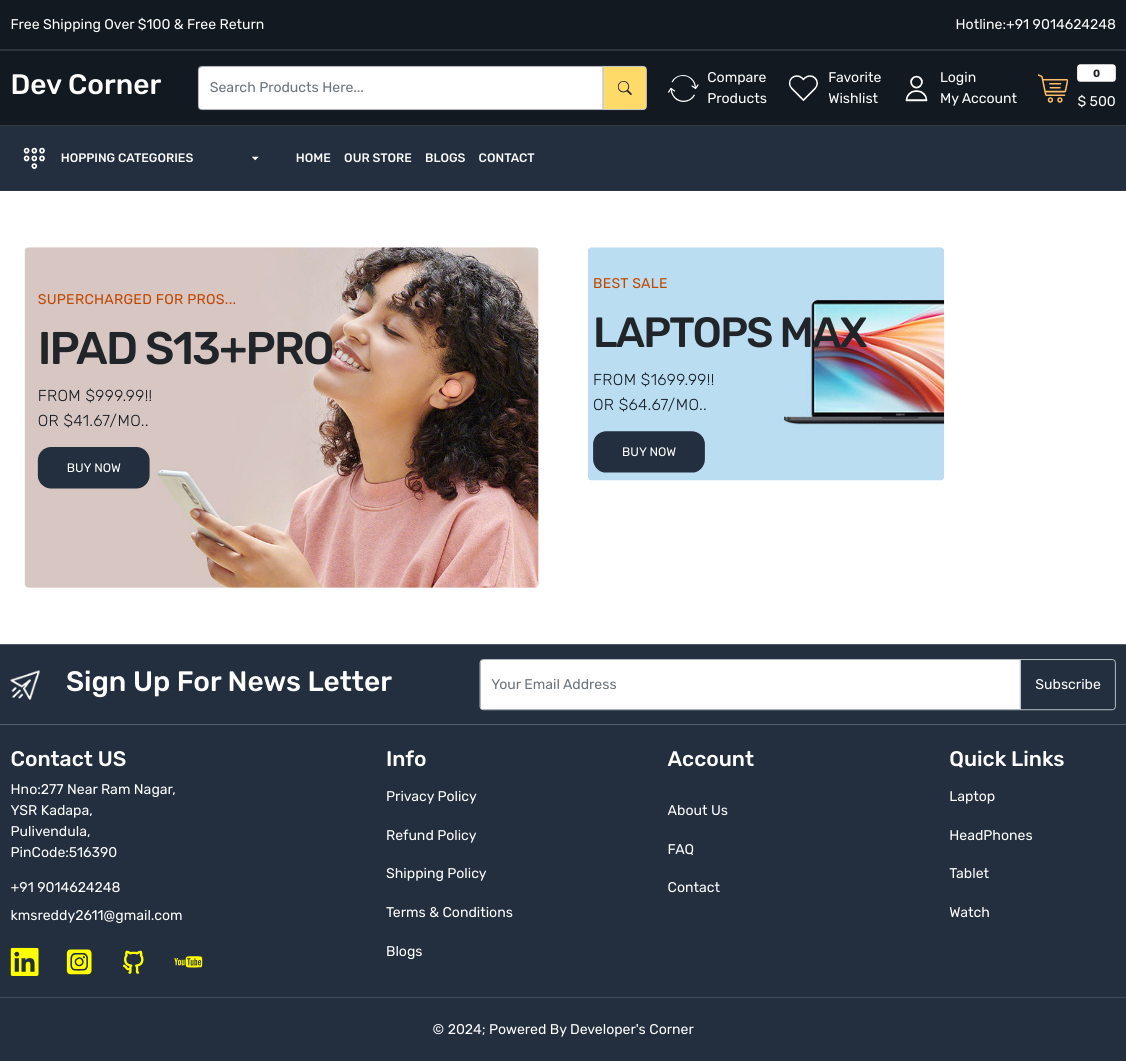
Repository: maniheist/ecommerce-app
Page: /
These files come from the project's save history. The page is drawn as it stood at one moment and after the next save; the edit follows.
The browser window is 1280 px wide. The pictures show the whole page, at 88% of full size.
The project was rebuilt for these pictures with package versions that can differ from the ones it lists, and the page was loaded fresh each time. Also part of the build but not shown: src/pages/About.js, src/pages/Contact.js.

Above is the page before, as saved 2024-02-18 18:44:07.

### public/index.html
<!DOCTYPE html>
<html lang="en">
  <head>
    <meta charset="utf-8" />
    <link rel="icon" href="%PUBLIC_URL%/favicon.ico" />
    <meta name="viewport" content="width=device-width, initial-scale=1" />
    <meta name="theme-color" content="#000000" />
    <meta
      name="description"
      content="Web site created using create-react-app"
    />
    <link rel="apple-touch-icon" href="%PUBLIC_URL%/logo192.png" />

    <link rel="preconnect" href="https://fonts.googleapis.com" />
    <link rel="preconnect" href="https://fonts.gstatic.com" crossorigin />
    <link
      href="https://fonts.googleapis.com/css2?family=Rubik:ital,wght@0,300..900;1,300..900&display=swap"
      rel="stylesheet"
    />
    <link
      href="https://cdn.jsdelivr.net/npm/bootstrap@5.0.2/dist/css/bootstrap.min.css"
      rel="stylesheet"
      integrity="sha384-EVSTQN3/azprG1Anm3QDgpJLIm9Nao0Yz1ztcQTwFspd3yD65VohhpuuCOmLASjC"
      crossorigin="anonymous"
    />
    <link rel="manifest" href="%PUBLIC_URL%/manifest.json" />

    <title>React Redux App</title>
  </head>
  <body>
    <noscript>You need to enable JavaScript to run this app.</noscript>
    <div id="root"></div>
    <script
      src="https://cdn.jsdelivr.net/npm/bootstrap@5.0.2/dist/js/bootstrap.bundle.min.js"
      integrity="sha384-MrcW6ZMFYlzcLA8Nl+NtUVF0sA7MsXsP1UyJoMp4YLEuNSfAP+JcXn/tWtIaxVXM"
      crossorigin="anonymous"
    ></script>
  </body>
</html>

### src/index.js
import React from 'react';
import { createRoot } from 'react-dom/client';

import App from './App';

const container = document.getElementById('root');
const root = createRoot(container);

root.render(

      <App />

);

### src/App.js
import React from 'react';
import './App.css';
import {BrowserRouter,Routes,Route} from "react-router-dom";
import Layout from "./components/Layout";
import Home from "./pages/Home"
import About from "./pages/About"
import Contact from "./pages/Contact"

function App() {
  return (
    <>
      <BrowserRouter>
        <Routes>
        <Route path="/" element={<Layout />}>
<Route index element={<Home />} />
<Route path="about" element={<About />}/>
<Route path="contact" element={<Contact />}/>


        </Route>

        </Routes>
      </BrowserRouter>
    </>

  );
}

export default App;

### src/App.css
*{
  margin:0;
  padding:0;
  box-sizing:border-box;
}
:root{
  --color-131921:#131921;
  --color-3b4149:#3b4149;
--color-febd69:#fedb69;
--color-232f3e:#232f3e;
--color-bf4800:#bf4800;

}

.button{
  background-color:var(--color-232f3e) ;
  color: white;
  padding: 13px 33px;
  font-size: 14px;
  border-radius: 15px;
}
.button:hover{
  background-color: var(--color-febd69);
  color:#131921
}
body {
  font-family:"Rubik", sans-serif;
}
a {
  text-decoration:none;
  display:inline-block;
}

.form-control:focus{
  box-shadow:none;
  border-color: inherit;
}

/*header part*/
.header-top-strip{
  border-bottom: 1px solid var(--color-3b4149);
  background-color:var(--color-131921) ;
}

.header-upper{
  background-color: var(--color-131921);
}

.header-bottom{
  background-color: var(--color-232f3e);
}

.header-upper .input-group-text{
  background-color: var(--color-febd69);
}

.header-upper.header-upper-links img{
  width:35px;
  height: 35px;
}

.gap-10{
  gap: 10px;
}

.gap-15{
  gap: 15px;
}

.gap-30{
  gap: 30px;
}
.header-bottom .menu-links a,
.header-bottom .dropdown button
{
  color: white;
  font-size: 14px;
  line-height: 18px;
  font-weight: 480;
  letter-spacing:0.3;
  text-transform: uppercase;
}

.header-bottom .dropdown button:focus{
  box-shadow: none;
}

.header-bottom .dropdown-menu{
  background-color: var(--color-131921);
  width:100%;
  transform: translate3d(0px,57px,0px) !important;
}

.header-bottom .dropdown-item{
  padding:20px;
  margin-bottom: 3px;
  border-bottom: 1px solid var(--color-3b4149)
  ;

}
.header-bottom .dropdown-item:hover{
  background-color: transparent;
  color: var(--color-febd69) !important;
}
/*header part end */


/*footer part  */

footer{
  background-color: var(--color-232f3e);
}



footer:not(:first-child){
  border-top:1px solid rgba(255,255,255,0.1);

}

footer .input-group-text{
  background-color: var(--color-232f3e);
  color:white;
  padding:8px 17px;
}
/* footer part end */

/*Home page*/

.main-banner-content{
  top:15%;
  left:5%;
}

.main-banner-content h4{

  font-size: 16px;
  font-weight: 400;
  line-height: 24px;
  color:var(--color-bf4800);
  margin: 0 0 12px;
  letter-spacing: 0.3px;
  text-transform: uppercase;

}

.main-banner-content h5{
  font-size: 52px;
  font-weight: 500;
  line-height: 64px;
  letter-spacing: -2px;
  text-transform: none;

}

.main-banner-content p{
  font-size: 18px;
  line-height: 28px;
  letter-spacing: 0.4px;
  font-weight: 100;
  color: var(--color-131921);
}


.small-banner-content{
  top:15%;
  left:5%;
}

.small-banner-content h4{

  font-size: 16px;
  font-weight: 400;
  line-height: 24px;
  color:var(--color-bf4800);
  margin: 0 0 12px;
  letter-spacing: 0.3px;
  text-transform: uppercase;
}
.small-banner-content h5{
  font-size: 48px;
  font-weight: 500;
  line-height: 64px;
  letter-spacing: -2px;
  text-transform: none;

}

.small-banner-content p{
  font-size: 18px;
  line-height: 28px;
  letter-spacing: 0.4px;
  font-weight: 100;
  color: var(--color-131921);
}
/* Home Page End */

### src/components/Layout.js
import React from 'react'
import {Outlet} from "react-router-dom";
import Header from "./Header";
import Footer from "./Footer";
const Layout = () => {
  return (
    <>
            <Header />
            <Outlet />
            <Footer />

    </>
  )
}

export default Layout

### src/pages/Home.js
import React from 'react'
import {Link} from 'react-router-dom';
const Home = () => {
  return <>
    <section className='home-wrapper-1 py-5'>
      <div className='container-xxl'>
      <div className='row'>
        <div className='col-6'>
          <div className='main-banner position-relative p-3'>
            <img src='images/main-banner-1.jpg' className='img-fluid rounded-3' alt='main banner' />
            <div className='main-banner-content position-absolute'>
              <h4>SUPERCHARGED FOR PROS...</h4>
              <h5>IPAD S13+PRO</h5>
              <p>FROM $999.99!! <br /> OR $41.67/MO..</p>
              <Link className='button'>BUY NOW</Link>
            </div>


          </div>
        </div>
        <div className='col-6'>
          <div className='d-flex flex-wrap justify-content-between align-items-center'>
             <div className='small-banner position-relative p-3'>
            <img src='images/catbanner-01.jpg' className='img-fluid rounded-3' alt='small banner' />
            <div className='small-banner-content position-absolute'>
              <h4>BEST SALE</h4>
              <h5>LAPTOPS MAX</h5>
              <p>FROM $1699.99!!<br />OR $64.67/MO..</p>
              <Link className='button'>BUY NOW</Link>
            </div>

          </div>
          </div>
          </div>
        </div>
      </div>
    </section>
  </>
}

export default Home

### src/components/Header.js
import React from 'react'
import {NavLink,Link} from "react-router-dom"
import {BsSearch} from "react-icons/bs"
const Header = () => {
  return <>
  <header className='header-top-strip py-3'>
    <div className='container-xxl'>
      <div className='row'>
        <div className='col-6'>
          <p className='text-white mb-0'>Free Shipping Over $100 & Free Return</p>
        </div>
        <div className='col-6'>
          <p className='text-end text-white mb-0'>
            Hotline:
            <a className='text-white' href='tel:+9014624248'>+91 9014624248</a>
          </p>
        </div>
      </div>
    </div>
  </header>
  <header className='header-upper py-3'>
    <div className='container-xxl'>
      <div className='row align-items-center'>
        <div className='col-2'>
          <h2><Link className='text-white'>
            Dev Corner
          </Link></h2>
        </div>
        <div className='col-5'>
          <div className="input-group">
  <input type="text" className="form-control py-2" placeholder="Search Products Here..." aria-label="Search Products Here..." aria-describedby="basic-addon2"/>
  <span className="input-group-text p-3" id="basic-addon2"><BsSearch className='fs-6' /></span>
</div>
        </div>
        <div className='col-5'>
          <div className='header-upper-links d-flex align-items-center justify-content-between'>
            <div>
              <Link className='d-flex align-items-center gap-10 text-white'>
              <img src="/images/compare.svg" alt='compare' />
                <p className='mb-0'>Compare <br /> Products</p>
              </Link>
            </div>
            <div>
              <Link className='d-flex align-items-center gap-10 text-white'>
              <img src="/images/wishlist.svg" alt='wishlist' />
                <p className='mb-0'>Favorite <br /> Wishlist</p>
              </Link>
            </div>
            <div>
              <Link className='d-flex align-items-center gap-10 text-white'>
              <img src="/images/user.svg" alt='user' />
                <p className='mb-0'>Login <br /> My Account</p>
              </Link>
            </div>
            <div>
              <Link className='d-flex align-items-center gap-10 text-white'>
            <img src="/images/cart.svg" alt='cart' />
                <div className='d-flex flex-column gap-10'>
                <span className='badge bg-white text-dark'>0</span>
                <p className='mb-0'>$ 500</p>

                </div>
              </Link>
            </div>
          </div>
        </div>
      </div>
    </div>
  </header>
<header className='header-bottom py-3'>
  <div className='container-xxl'>
    <div className='row'>
      <div className='col-12'>
        <div className='menu-bottom d-flex align-items-center gap-30'>
        <div>
          <div className="dropdown">
  <button className="btn btn-secondary dropdown-toggle bg-transparent border-0 gap-15 d-flex align-items-center" type="button" id="dropdownMenuButton1" data-bs-toggle="dropdown" aria-expanded="false">
    <img src="images/menu.svg" alt=""/><span className='me-5 d-inline-blocto'>hopping Categories</span>
  </button>
  <ul className="dropdown-menu" aria-labelledby="dropdownMenuButton1">
    <li><to className="dropdown-item text-white" to="">Pants</to></li>
    <li><to className="dropdown-item text-white" to="">Shirts</to></li>
    <li><to className="dropdown-item text-white" to="">Shorts</to></li>
  </ul>
</div>
        </div>
        <div className='menu-links'>
          <div className='d-flex align-items-center gap-15'>
            <NavLink className='text-white' to="/">Home</NavLink>
            <NavLink className='text-white' to="/">Our Store</NavLink>
            <NavLink className='text-white' to="/">Blogs</NavLink>
            <NavLink className='text-white' to="/contact">Contact</NavLink>
          </div>
        </div>

        </div>
      </div>
    </div>
  </div>
</header>


  </>
}

export default Header

### src/components/Footer.js

import React from 'react'
import { SiLinkedin } from "react-icons/si";
import { RiGithubLine } from "react-icons/ri";
import { ImYoutube2 } from "react-icons/im";
import { FaSquareInstagram } from "react-icons/fa6";
import {Link} from 'react-router-dom';
const Footer = () => {
  return <>
    <footer className='py-3'>
        <div className='container-xxl'>
            <div className='row align-items-center'>
                <div className='col-5'>
                    <div className='footer-top-data d-flex gap-30 align-items-center'>
                        <img src="images/newsletter.png" alt="newsletter" />
                        <h2 className='text-white'>Sign Up For News Letter</h2>
                    </div>
                </div>
                <div className='col-7'>
                    <div className="input-group">
  <input type="text" className="form-control py-1" placeholder="Your Email Address" aria-label="Your Email Address..." aria-describedby="basic-addon2"/>
  <span className="input-group-text p-3" id="basic-addon2">Subscribe</span>
</div>
                </div>
            </div>
        </div>
    </footer>
    <footer className='py-4'>
        <div className='container-xxl'>
            <div className="row">
                <div className='col-4'>
                <h4 className="text-white">Contact US</h4>
                <div>
                    <address className='text-white fs-6'>Hno:277 Near Ram Nagar,
                    <br />YSR Kadapa, <br />Pulivendula,<br />PinCode:516390</address>

                    <a href='tel:+91 9014624248' className='mt-3 d-block mb-1 text-white'>+91 9014624248</a>
                    <a href='mailto:kmsreddy2611@gmail.com' className='mt-2 d-block mb-0 text-white'>kmsreddy2611@gmail.com</a>
                    <div className='social_icons d-flex align-items-center gap-30 mt-4'>
                    <a className="text-white" href=''>
                    <SiLinkedin className='fs-2' color="yellow"/>
                    </a>
                    <a className="text-white" href=''>
                    <FaSquareInstagram className='fs-2' color='yellow'/>
                    </a>

                    <a className="text-white" href=''>
                    <RiGithubLine className='fs-2' color='yellow'/>

                    </a>
                    <a className="text-white" href=''>
                    <ImYoutube2  className='fs-2' color="yellow"/>
                    </a>

                    </div>

                </div>
                </div>
                <div className='col-3'>
                <h4 className="text-white md-4">Info</h4>
                <div className='footer-links d-flex flex-column'>
                    <Link className="text-white py-2 mb-1">Privacy Policy</Link>
                    <Link className="text-white py-2 mb-1">Refund Policy</Link>
                    <Link className="text-white py-2 mb-1">Shipping Policy</Link>
                    <Link className="text-white py-2 mb-1">Terms & Conditions</Link>
                    <Link className="text-white py-2 mb-1">Blogs</Link>
                </div>
                </div>
                <div className='col-3'>
                <h4 className="text-white mb-4">Account</h4>
                <div className='footer-links d-flex flex-column'>
                    <Link className="text-white py-2 mb-1">About Us</Link>
                    <Link className="text-white py-2 mb-1">FAQ</Link>
                    <Link className="text-white py-2 mb-1">Contact</Link>
                </div>
                </div>
                <div className='col-2'>
                <h4 className="text-white">Quick Links</h4>
                <div className='footer-links d-flex flex-column'>
                    <Link className="text-white py-2 mb-1">Laptop</Link>
                    <Link className="text-white py-2 mb-1">HeadPhones</Link>
                    <Link className="text-white py-2 mb-1">Tablet</Link>
                    <Link className="text-white py-2 mb-1">Watch</Link>
                </div>
                </div>
            </div>
        </div>
    </footer>
    <footer className='py-4'>
        <div className='container-xxl'>
            <div className='row'>
                <div className='col-12'>
                <p className='text-center mb-0 text-white'>&copy; { new Date().getFullYear()}; Powered By Developer's Corner</p>

                </div>
            </div>
        </div>
    </footer>
  </>


}

export default Footer

After the next save:
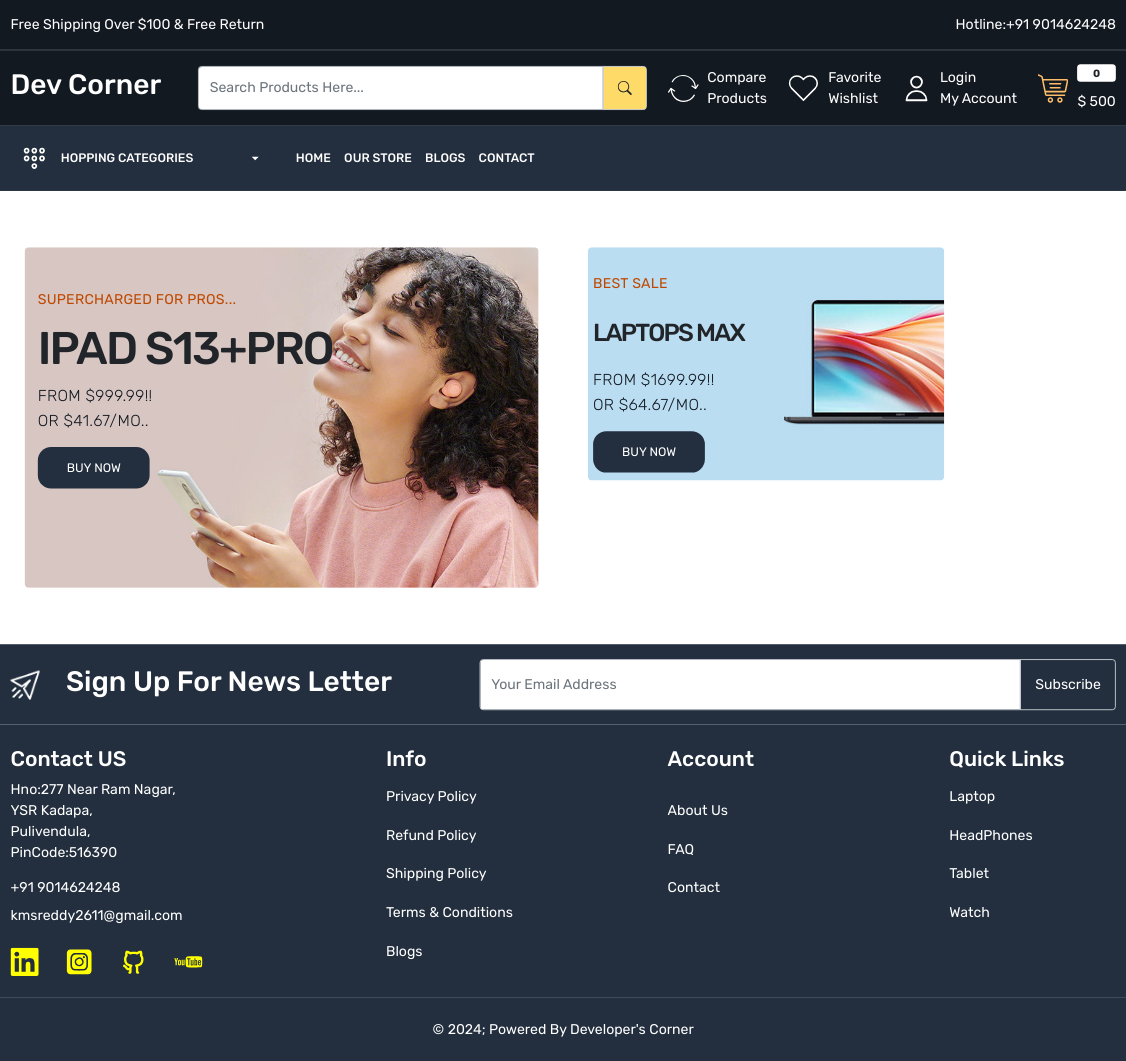
Saved 6 s later.
--- a/src/App.css
+++ b/src/App.css
@@ -178,7 +178,7 @@
   text-transform: uppercase;
 }
 .small-banner-content h5{
-  font-size: 48px;
+  font-size: 28px;
   font-weight: 500;
   line-height: 64px;
   letter-spacing: -2px;
